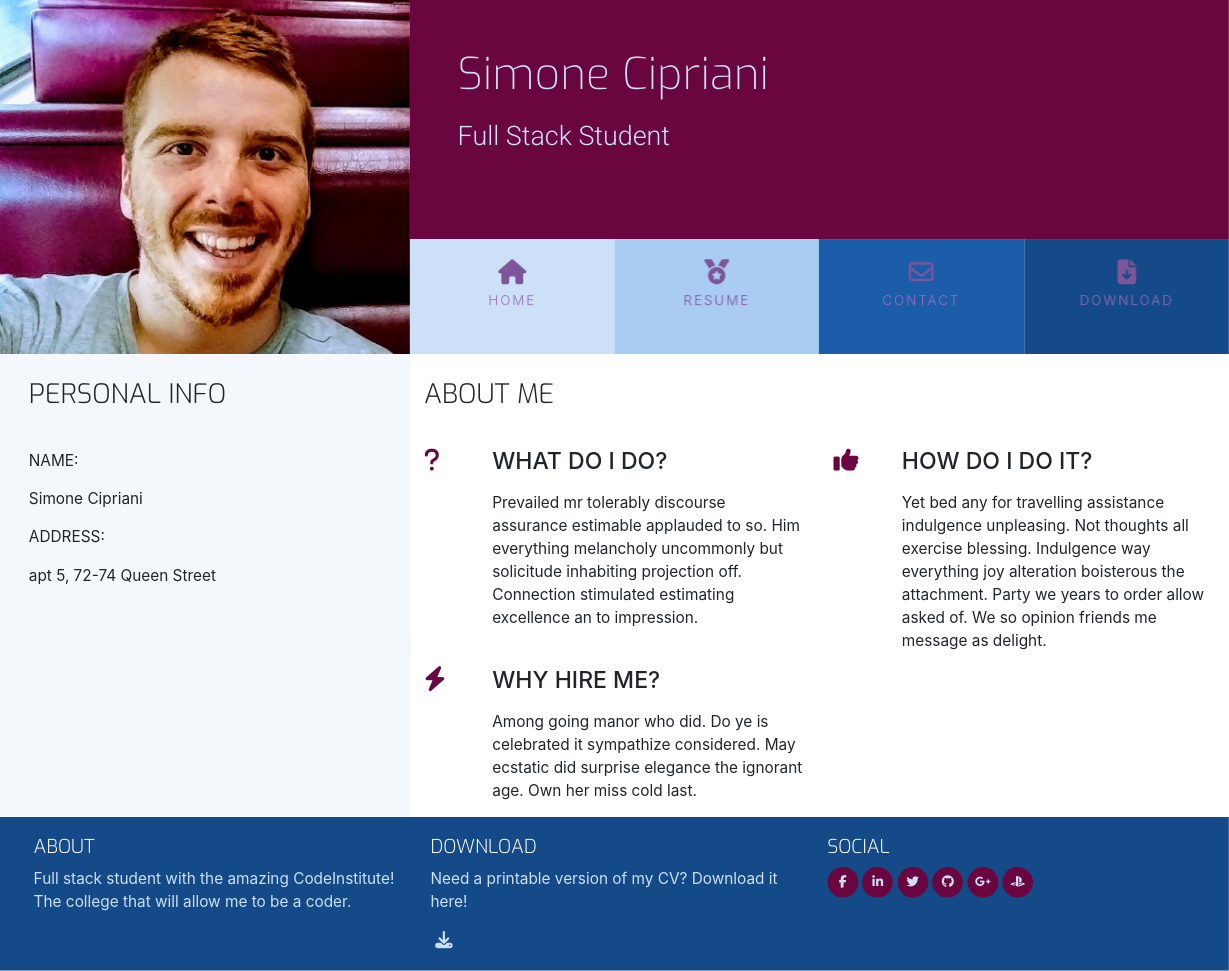
Repository: cipsim/resume
Page: index.html
The author's editor kept a record of every edit. The page is drawn from the files as they stood at one moment, then again after the next edit.
The browser window is 1280 px wide. The pictures show the whole page, at 96% of full size.
Some web libraries are served in a nearby version.

Above is the page before.

After the next edit:
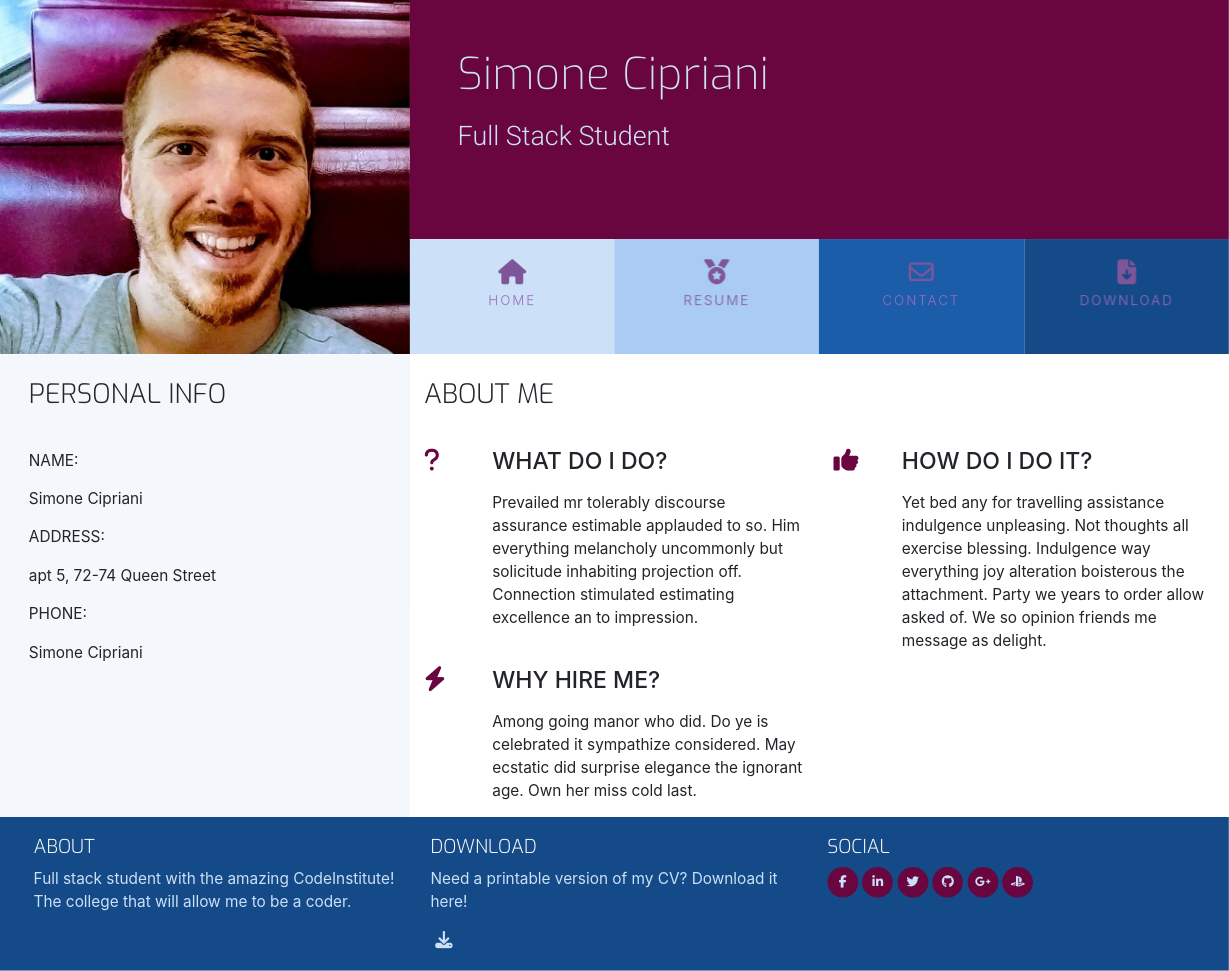
The edit:
--- a/index.html
+++ b/index.html
@@ -79,6 +79,18 @@
                         </p>
                     </div>
                 </div>
+                <div class="personal-info-item">
+                    <div class="key">
+                        <p class="uppercase">
+                            Phone:
+                        </p>
+                    </div>
+                    <div class="value">
+                        <p>
+                            Simone Cipriani
+                        </p>
+                    </div>
+                </div>
             </div>
             <div class="col-md-8 bg-color-three-reasons">
                 <div class="row">
